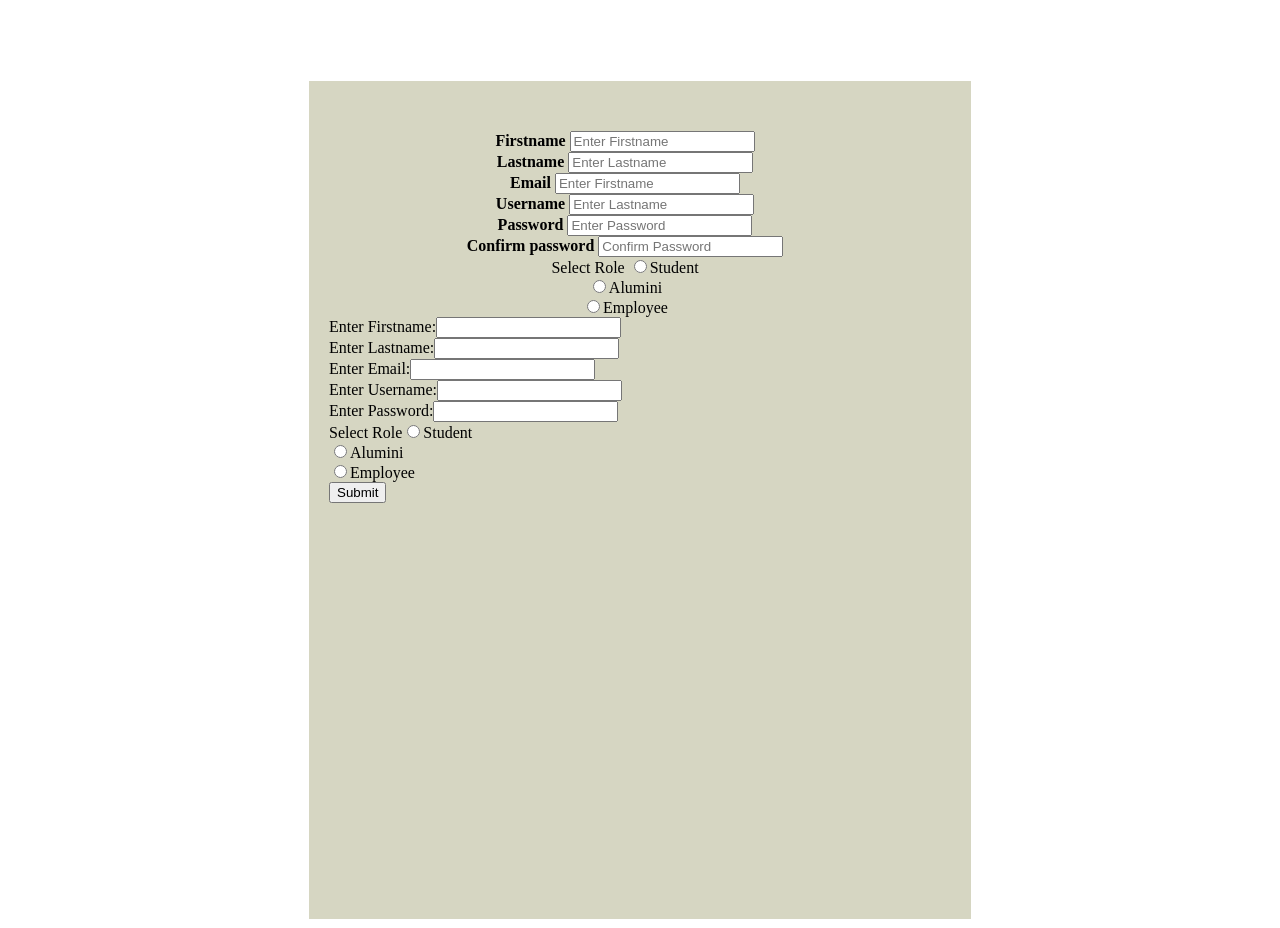
Repository: NeeleshPoojari/Project-2
Page: frontend_project2/WebContent/views/registrationform.html
The author's editor kept a copy of each file at every save. The page is drawn from the files as they stood at one save, then again after the next save.
The browser window is 1280 px wide. The pictures show the whole page.

Above is the page before, as saved 2017-07-17 07:07:49.

### frontend_project2/WebContent/views/registrationform.html
<style>
.middle {
    border: 1px solid white;
    background-color:#d6d6c2;
    padding-top: 50px;
    padding-right: 50px;
    padding-bottom: 400px;
    padding-left: 20px;
    margin-left:300px;
    margin-right:300px;

}
</style>

<div class="middle" style="margin-top: 80px;">

	<form>
		<div align="center">
			<div class="row">
				<div class="form-group col-xs-6">
					<label><b>Firstname</b></label> <input type="text"
						ng-model="user.firstname" placeholder="Enter Firstname"
						class="form-control input-lg" required>
				</div>


				<div class="form-group col-xs-6">
					<label><b>Lastname</b></label> <input type="text"
						ng-model="user.lastname" placeholder="Enter Lastname"
						class="form-control input-lg" required>
				</div>

			</div>
		</div>

		<div align="center">
			<div class="row">
				<div class="form-group col-xs-6">
					<label><b>Email</b></label> <input type="text"
						ng-model="user.email" placeholder="Enter Firstname"
						class="form-control input-lg" required>
				</div>


				<div class="form-group col-xs-6">
					<label><b>Username</b></label> <input type="text"
						ng-model="user.username" placeholder="Enter Lastname"
						class="form-control input-lg" required>
				</div>

			</div>
		</div>


		<div align="center">
			<div class="row">
				<div class="form-group col-xs-6">
					<label><b>Password</b></label> <input type="password"
						ng-model="user.password" placeholder="Enter Password"
						class="form-control input-lg" required>
				</div>


				<div class="form-group col-xs-6">
					<label><b>Confirm password</b></label> <input type="password"
						 placeholder="Confirm Password"
						class="form-control input-lg" required>
				</div>

			</div>
		</div>

		<div align="center">
		<label >Select Role</label>
   <input type="radio" ng-model="user.role" value="Student">Student<br>
		<input type="radio" ng-model="user.role" value="Alumini">Alumini<br>
		<input type="radio" ng-model="user.role" value="Employee">Employee<br>




     </div>



		Enter Firstname:<input type="text" ng-model="user.firstname"><br>
		Enter Lastname:<input type="text" ng-model="user.lastname"><br>
		Enter Email:<input type="text" ng-model="user.email"><br>
		Enter Username:<input type="text" ng-model="user.username"><br>
		Enter Password:<input type="password" ng-model="user.password"><br>

		Select Role<input type="radio" ng-model="user.role" value="Student">Student<br>
		<input type="radio" ng-model="user.role" value="Alumini">Alumini<br>
		<input type="radio" ng-model="user.role" value="Employee">Employee<br>

		<input type="submit" ng-click="register()"><br>

	</form>
</div>

After the next save:
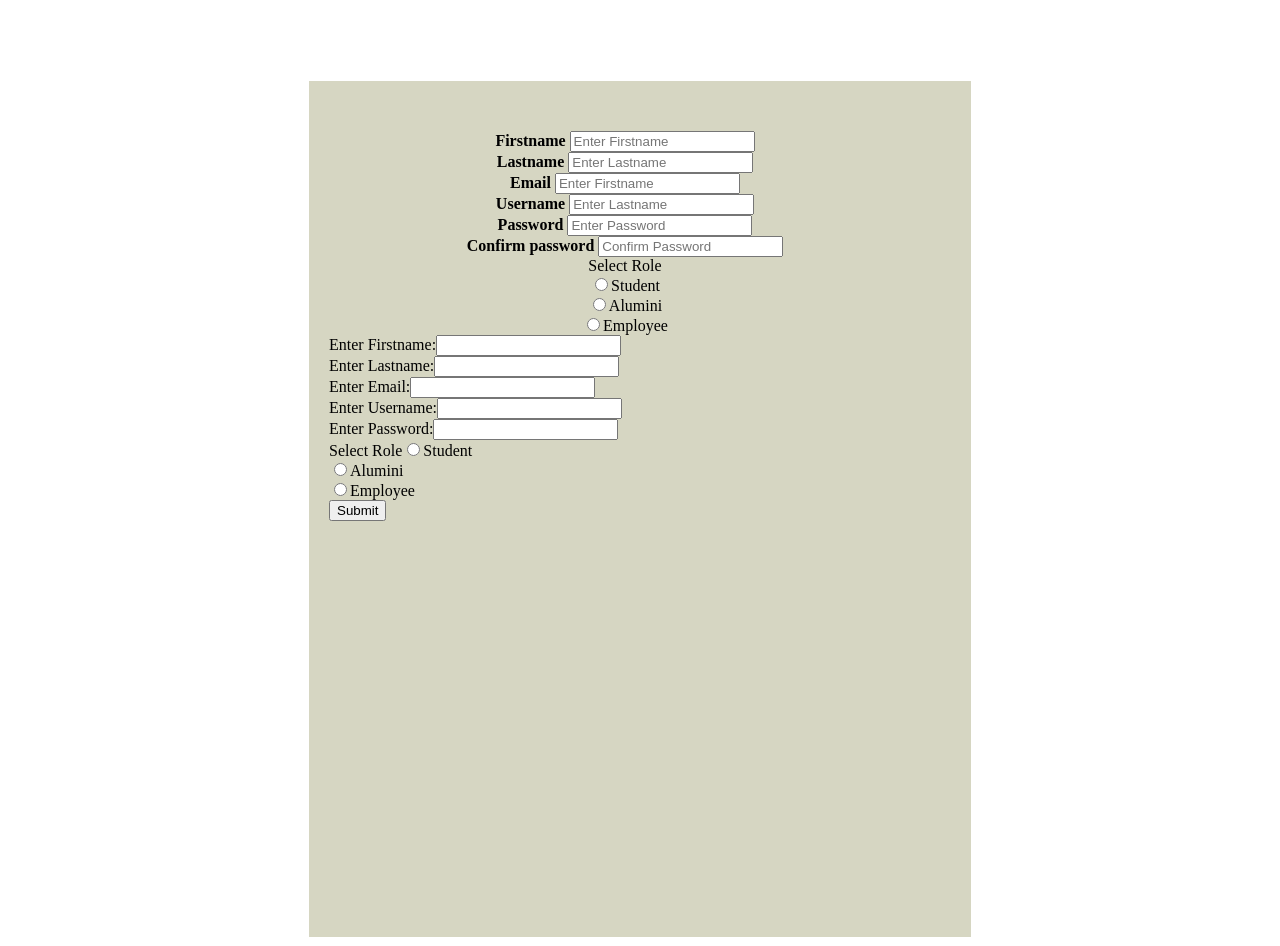
Saved 22 s later.
--- a/frontend_project2/WebContent/views/registrationform.html
+++ b/frontend_project2/WebContent/views/registrationform.html
@@ -71,7 +71,7 @@
 		</div>
 
 		<div align="center">
-		<label >Select Role</label>
+		<label >Select Role</label><br>
    <input type="radio" ng-model="user.role" value="Student">Student<br>
 		<input type="radio" ng-model="user.role" value="Alumini">Alumini<br>
 		<input type="radio" ng-model="user.role" value="Employee">Employee<br>
